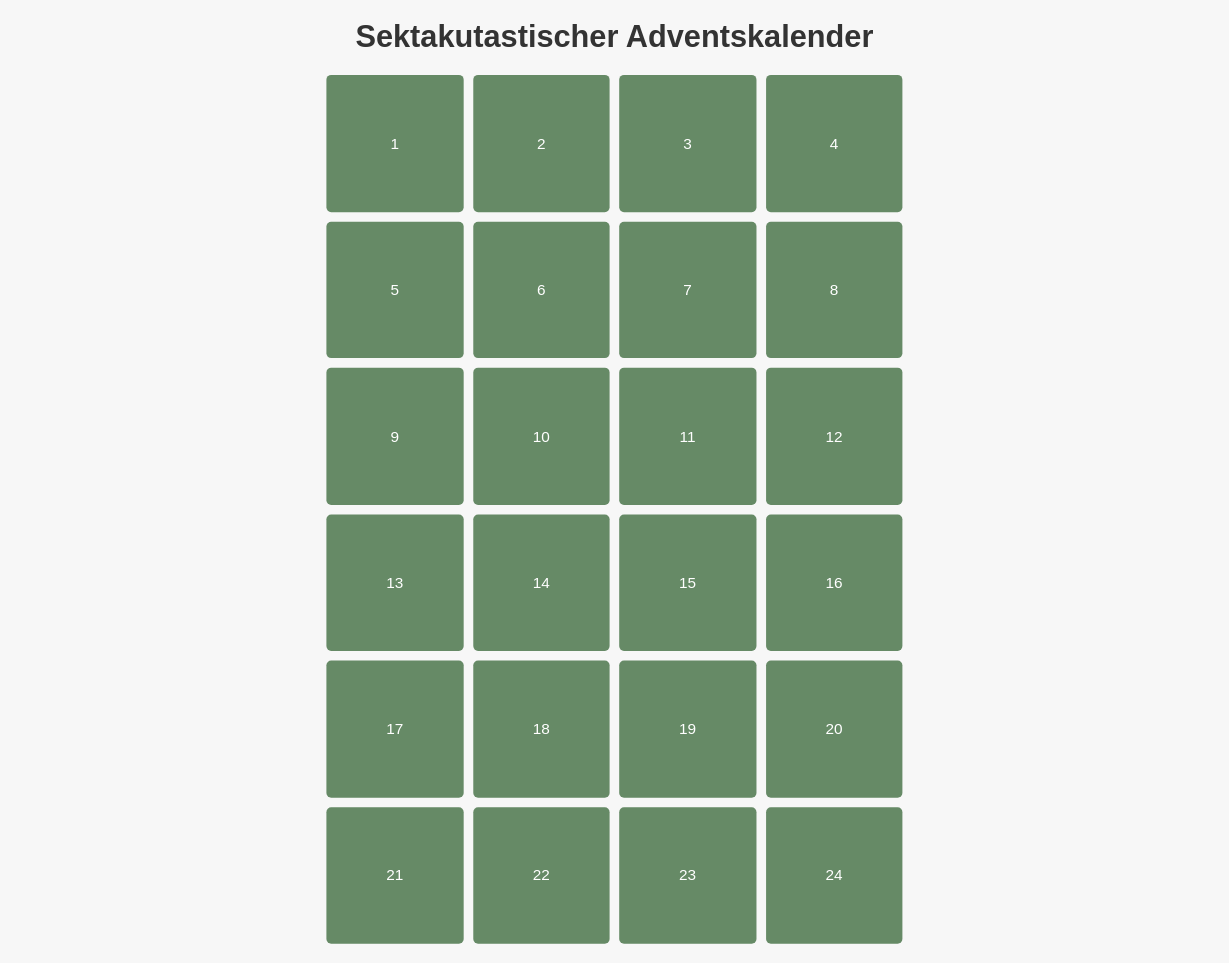
Repository: vickykey02/Adventskalender
Page: index.html
The author's editor kept a copy of each file at every save. The page is drawn from the files as they stood at one save, then again after the next save.
The browser window is 1280 px wide. The pictures show the whole page, at 96% of full size.

Above is the page before, as saved 2024-11-28 00:04:36.

### index.html
<!DOCTYPE html>
<html lang="en">
<head>
    <meta charset="UTF-8">
    <meta name="viewport" content="width=device-width, initial-scale=1.0">
    <title>Sektakutastischer Adventskalender</title>
    <link rel="stylesheet" href="styles.css">
</head>
<body>
    <h1>Sektakutastischer Adventskalender</h1>
    <div class="calendar">
        <!-- Kalender wird hier generiert -->
    </div>
    <script src="app.js"></script>
</body>
</html>

### styles.css
body {
    font-family: Arial, sans-serif;
    text-align: center;
    margin: 0;
    padding: 0;
    background: #f7f7f7;
}
h1 {
    margin-top: 20px;
    color: #333;
}
.calendar {
    display: grid;
    grid-template-columns: repeat(4, 1fr);
    gap: 10px;
    max-width: 600px;
    margin: 20px auto;
}
.day {
    width: 100%;
    aspect-ratio: 1;
    display: flex;
    justify-content: center;
    align-items: center;
    background: #ddd;
    border-radius: 5px;
    font-size: 1rem;
    color: #fff;
    cursor: pointer;
    position: relative;
}
.day.locked {
    background: #aaa;
    cursor: not-allowed;
}
.day.opened {
    background: #668a66;
}

### app.js
// Generiere die Kalender-Türchen
const calendar = document.querySelector('.calendar');
const today = new Date().toISOString().split('T')[0]; // Heutiges Datum im Format YYYY-MM-DD

// Inhalte für die Tage
const days = {
    "2024-11-01": "https://github.com/vickykey02/Adventskalender/raw/main/assets/Tag1.png",
	"2024-11-02": "https://github.com/vickykey02/Adventskalender/raw/main/assets/Tag2.png",
	"2024-11-03": "https://github.com/vickykey02/Adventskalender/raw/main/assets/Tag3.png",
	"2024-11-04": "C:/Users/vicky/Documents/Projekte/Adventskalender/assets/Tag4.png",
	"2024-11-05": "C:/Users/vicky/Documents/Projekte/Adventskalender/assets/Tag5.png",
	"2024-11-06": "https://github.com/vickykey02/Adventskalender/raw/main/assets/Tag6.png",
	"2024-11-07": "C:/Users/vicky/Documents/Projekte/Adventskalender/assets/Tag7.png",
	"2024-11-08": "https://github.com/vickykey02/Adventskalender/raw/main/assets/Tag8.png",
	"2024-11-09": "C:/Users/vicky/Documents/Projekte/Adventskalender/assets/Tag9.png",
	"2024-11-10": "C:/Users/vicky/Documents/Projekte/Adventskalender/assets/Tag10.png",
	"2024-11-11": "C:/Users/vicky/Documents/Projekte/Adventskalender/assets/Tag11.png",
	"2024-11-12": "C:/Users/vicky/Documents/Projekte/Adventskalender/assets/Tag12.png",
	"2024-11-13": "C:/Users/vicky/Documents/Projekte/Adventskalender/assets/Tag13.png",
    "2024-11-14": "https://github.com/vickykey02/Adventskalender/raw/main/assets/Tag14.png",
	"2024-11-15": "C:/Users/vicky/Documents/Projekte/Adventskalender/assets/Tag15.png",
	"2024-11-16": "C:/Users/vicky/Documents/Projekte/Adventskalender/assets/Tag16.png",
	"2024-11-17": "C:/Users/vicky/Documents/Projekte/Adventskalender/assets/Tag17.png",
	"2024-11-18": "C:/Users/vicky/Documents/Projekte/Adventskalender/assets/Tag18.png",
	"2024-11-19": "C:/Users/vicky/Documents/Projekte/Adventskalender/assets/Tag19.png",
	"2024-11-20": "https://github.com/vickykey02/Adventskalender/raw/main/assets/Tag20.png",
	"2024-11-21": "https://github.com/vickykey02/Adventskalender/raw/main/assets/Tag21.png",
	"2024-11-22": "C:/Users/vicky/Documents/Projekte/Adventskalender/assets/Tag22.png",
	"2024-11-23": "C:/Users/vicky/Documents/Projekte/Adventskalender/assets/Tag23.png",
	"2024-11-24": "C:/Users/vicky/Documents/Projekte/Adventskalender/assets/Tag24.png",

};

// Schleife durch die definierten Tage im 'days'-Objekt
for (const dateString in days) {
    const today = new Date().toLocaleDateString('en-CA'); // Format YYYY-MM-DD
    const day = document.createElement('div');
    day.classList.add('day');

    const date = new Date(dateString); // Datum direkt aus 'dateString'
    if (dateString <= today) {
        day.classList.add('opened');
        day.onclick = () => showContent(days[dateString], dateString); // Inhalt anzeigen
    } else {
        day.classList.add('locked');
    }

    // Setze die Anzeige für das Türchen (Tag des Monats)
    day.textContent = date.getDate();
    calendar.appendChild(day);
}



// Funktion: Inhalt anzeigen
function showContent(content, dateString) {
    //alert(`Inhalt für heute: ${content}`); // Später ersetzen mit Modal oder Popup
	const modal = document.createElement('div');
	modal.style.position = 'fixed';
	modal.style.top = '50%';
	modal.style.left = '50%';
	modal.style.transform = 'translate(-50%, -50%)';
	modal.style.backgroundColor = 'white';
	modal.style.padding = '20px';
	modal.style.boxShadow = '0 0 10px rgba(0, 0, 0, 0.5)';
	modal.style.zIndex = '1000';
	modal.style.maxHeight = '80%';
	modal.style.overflowY = 'auto';

	const img = document.createElement('img');
	img.src = content;
	img.style.maxWidth = '100%';
	img.style.height = 'auto';
	modal.appendChild(img);

	const closeButton = document.createElement('button');
	closeButton.textContent = 'Close';
	closeButton.style.marginTop = '10px';
	closeButton.onclick = () => {
		document.body.removeChild(modal);
	};
	modal.appendChild(closeButton);

	const targetDate = new Date('2024-11-03');
	const currentDate = new Date(dateString);


	if (currentDate.getTime() === targetDate.getTime()) {
		const linkButton = document.createElement('button');
		linkButton.textContent = 'Link folgen';
		linkButton.style.marginTop = '10px';
		linkButton.onclick = () => {
			window.open('https://share.chessbase.com/SharedGames/game/?p=Dx/dxlliODx7kwlLJwlgbjxptLVH4zQ2/CPyLlPj2wFHepLeutlGwTSoz5lbABaj');
		};
		modal.appendChild(linkButton);
	}

	document.body.appendChild(modal);

	//hier dann noch rein dass Element erscheint hinter dem sich Spotifysong verbirgt
	const spotifyButton = document.createElement('button');
	spotifyButton.style.position = 'absolute';
	spotifyButton.style.bottom = '10px';
	spotifyButton.style.right = '10px';
	const songs = [
		'https://open.spotify.com/intl-de/track/0FDDUGqjWtiT7OfJHBkAbY?si=e612137ed790431f',
		//'https://open.spotify.com/intl-de/track/6rqhFgbbKwnb9MLmUQDhG6?si=1234567890abcdef',
		//'https://open.spotify.com/intl-de/track/7GhIk7Il098yCjg4BQjzvb?si=abcdef1234567890',
		// Add more song URLs here for each day
	];
	const dayIndex = new Date().getDate() - 1; // Get the current day index (0-based)
	const songUrl = songs[dayIndex % songs.length]; // Cycle through songs if more than available days
	spotifyButton.textContent = 'Play Spotify Song';
	spotifyButton.onclick = () => {
		const spotifyIframe = document.createElement('iframe');
		spotifyIframe.src = songUrl;
		spotifyIframe.width = '300';
		spotifyIframe.height = '80';
		spotifyIframe.frameBorder = '0';
		spotifyIframe.allow = 'encrypted-media';
		document.body.appendChild(spotifyIframe);
	};
	document.body.appendChild(spotifyButton);
}

After the next save:
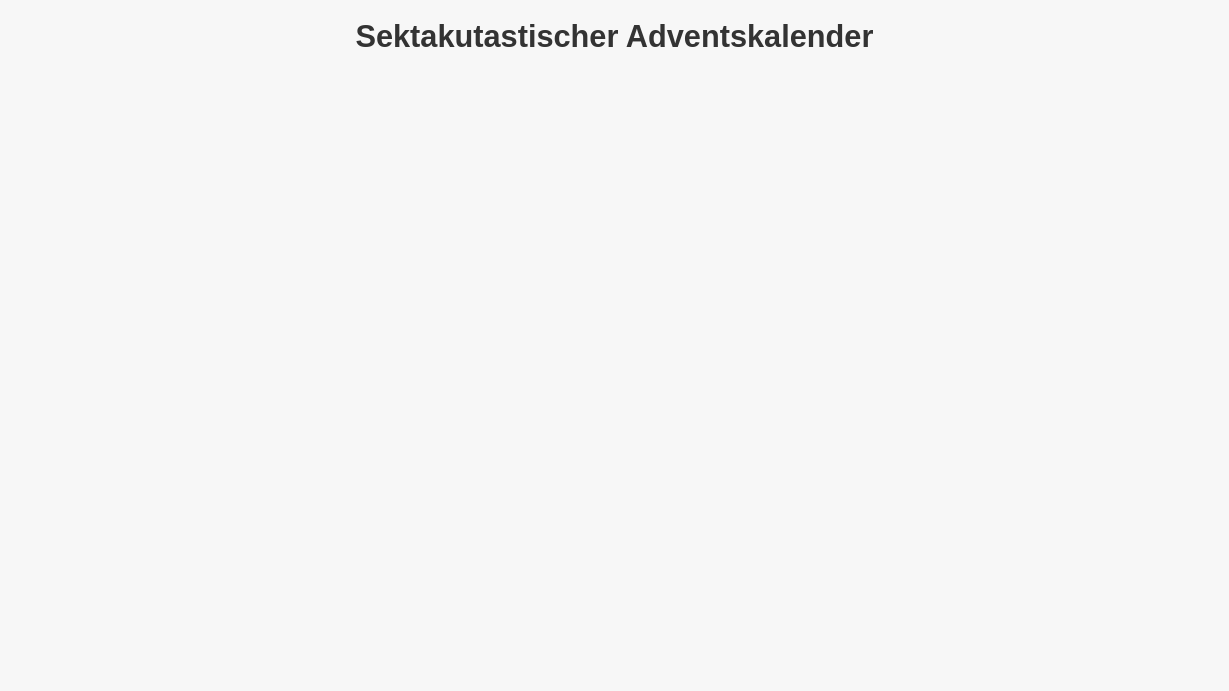
Console error: SyntaxError: missing ) after argument list
Saved 3 min 28 s later.
--- a/app.js
+++ b/app.js
@@ -90,7 +90,7 @@
 		linkButton.textContent = 'Link folgen';
 		linkButton.style.marginTop = '10px';
 		linkButton.onclick = () => {
-			window.open('https://share.chessbase.com/SharedGames/game/?p=Dx/dxlliODx7kwlLJwlgbjxptLVH4zQ2/CPyLlPj2wFHepLeutlGwTSoz5lbABaj');
+			window.open('https://share.chessbase.com/SharedGames/game/?p=Dx/dxlliODx7kwlLJwlgbjxptLVH4zQ2/CPyLlPj2wFHepLeutlGwTSoz5lbABaj, '_blank'');
 		};
 		modal.appendChild(linkButton);
 	}

After the save that followed:
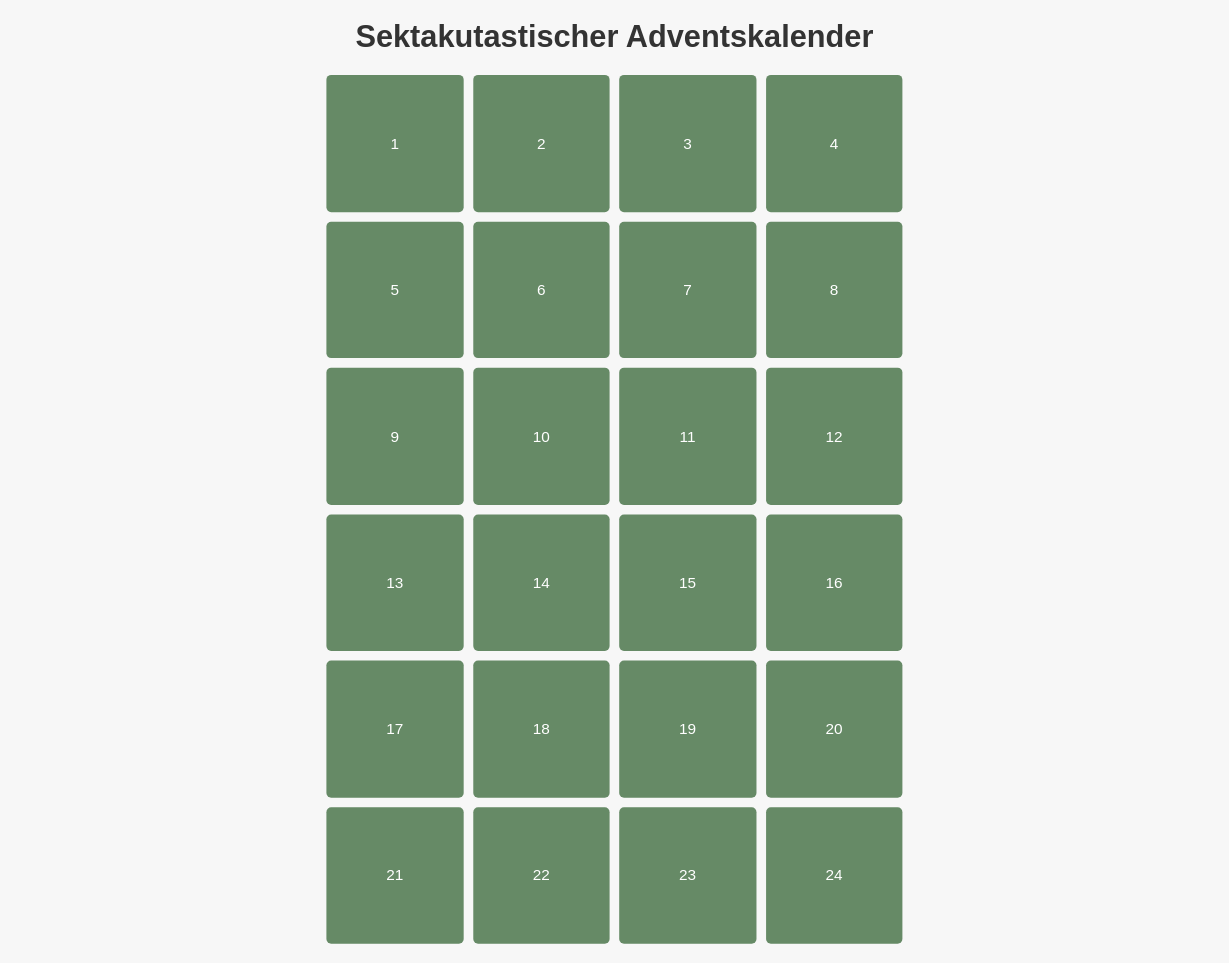
The error is gone.
Saved 58 s later.
--- a/app.js
+++ b/app.js
@@ -83,14 +83,17 @@
 
 	const targetDate = new Date('2024-11-03');
 	const currentDate = new Date(dateString);
+	console.log(currentDate.getTime(), targetDate.getTime());
+	console.log(dateString, today);
 
 
 	if (currentDate.getTime() === targetDate.getTime()) {
+		console.log('Das ist der 3. November');
 		const linkButton = document.createElement('button');
 		linkButton.textContent = 'Link folgen';
 		linkButton.style.marginTop = '10px';
 		linkButton.onclick = () => {
-			window.open('https://share.chessbase.com/SharedGames/game/?p=Dx/dxlliODx7kwlLJwlgbjxptLVH4zQ2/CPyLlPj2wFHepLeutlGwTSoz5lbABaj, '_blank'');
+			window.open('https://share.chessbase.com/SharedGames/game/?p=Dx/dxlliODx7kwlLJwlgbjxptLVH4zQ2/CPyLlPj2wFHepLeutlGwTSoz5lbABaj', '_blank');
 		};
 		modal.appendChild(linkButton);
 	}
